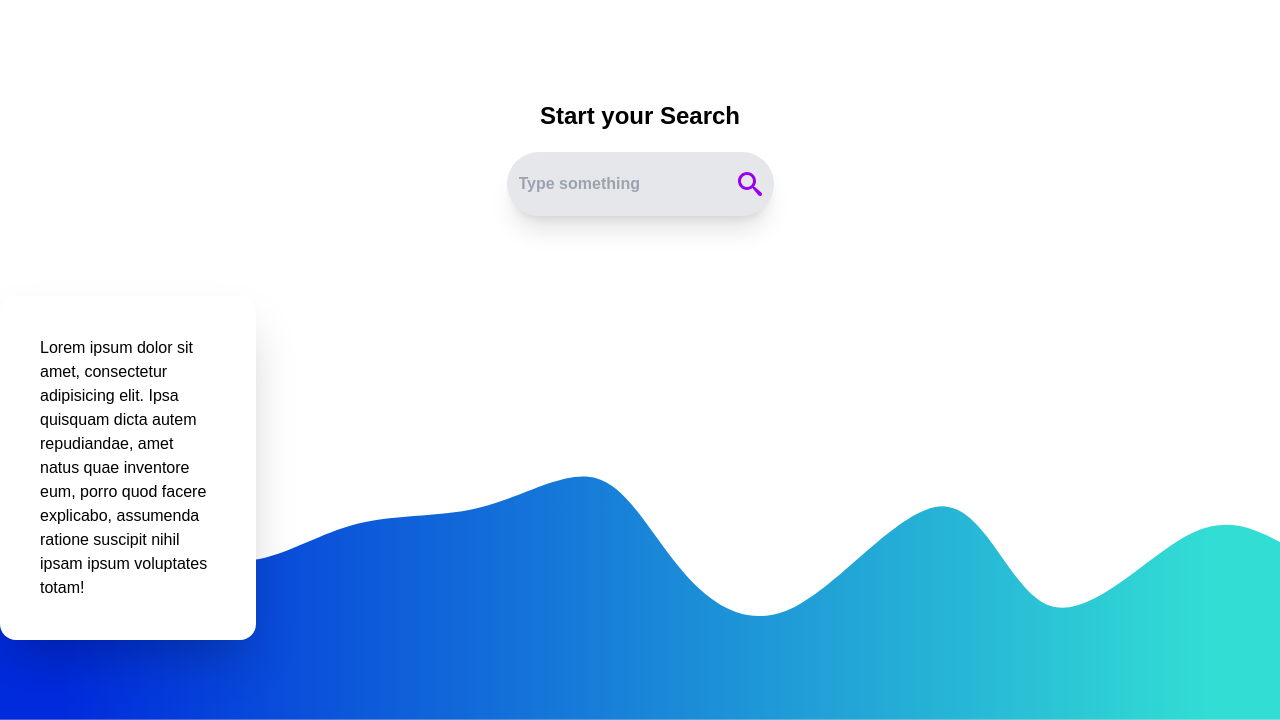
Repository: evergreenx/dictionary-octo
Page: /
These files come from the project's save history. The page is drawn as it stood at one moment and after the next save; the edit follows.
The browser window is 1280 px wide. The pictures show the whole page.
The project was rebuilt for these pictures with package versions that can differ from the ones it lists, and the page was loaded fresh each time. The framework's server and built-in components were replaced by stand-ins that run in the browser. Also part of the build but not shown: next.config.js.

Above is the page before, as saved 2022-04-30 15:13:42.

After the next save:
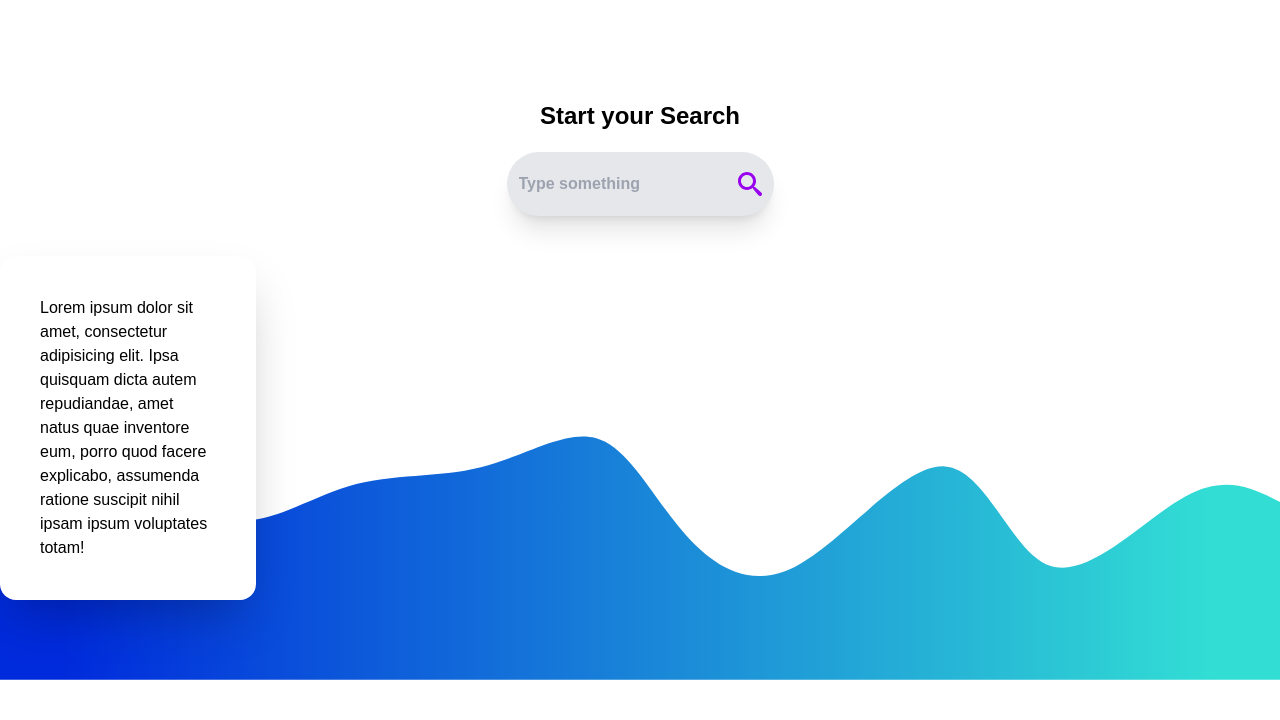
Saved 43 s later.
--- a/pages/index.js
+++ b/pages/index.js
@@ -15,7 +15,7 @@ export default function Home() {
       </Head>
 
       <main className=" py-20">
-        <section className="input--container pb-20 flex flex-col justify-center items-center ">
+        <section className="input--container pb-10 flex flex-col justify-center items-center ">
           <h1 className="text-2xl font-bold text-center py-5">
             Start your Search
           </h1>
